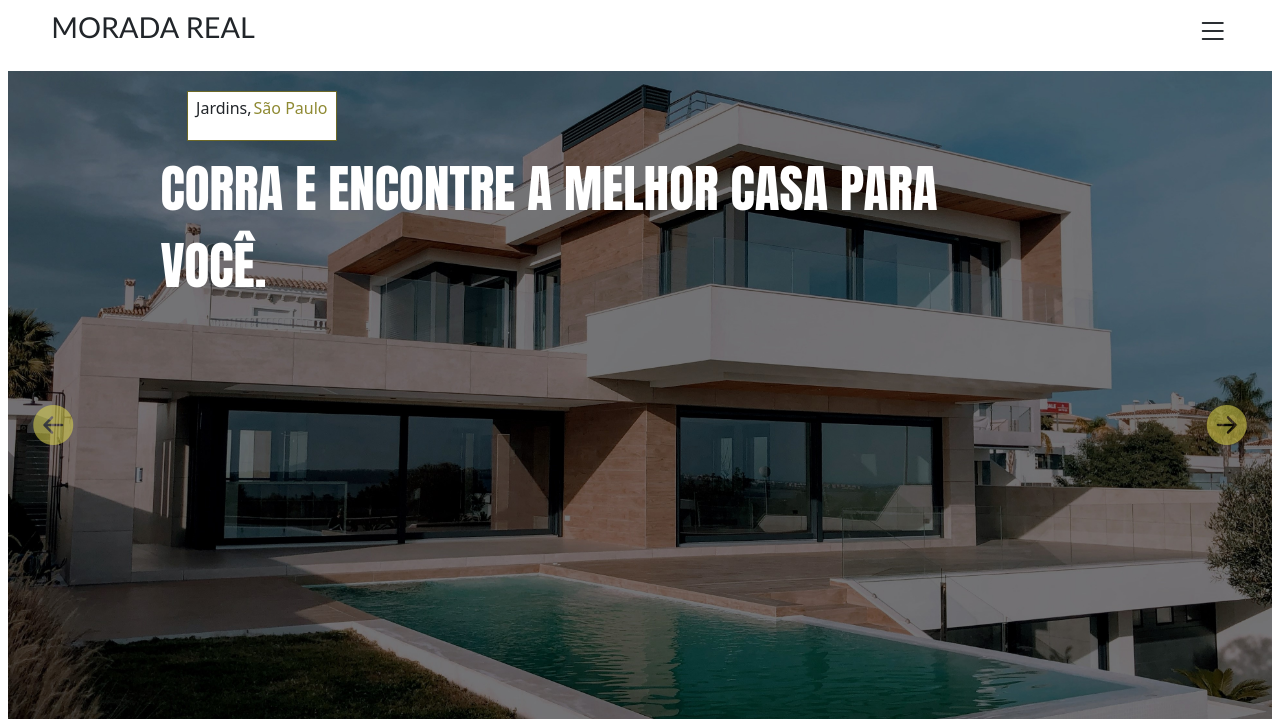
Repository: Mattyns/moradareal
Page: index.html
The author's editor kept a copy of each file at every save. The page is drawn from the files as they stood at one save, then again after the next save.
The browser window is 1280 px wide. The pictures show the whole page.

Above is the page before, as saved 2025-07-12 15:39:02.

After the next save:
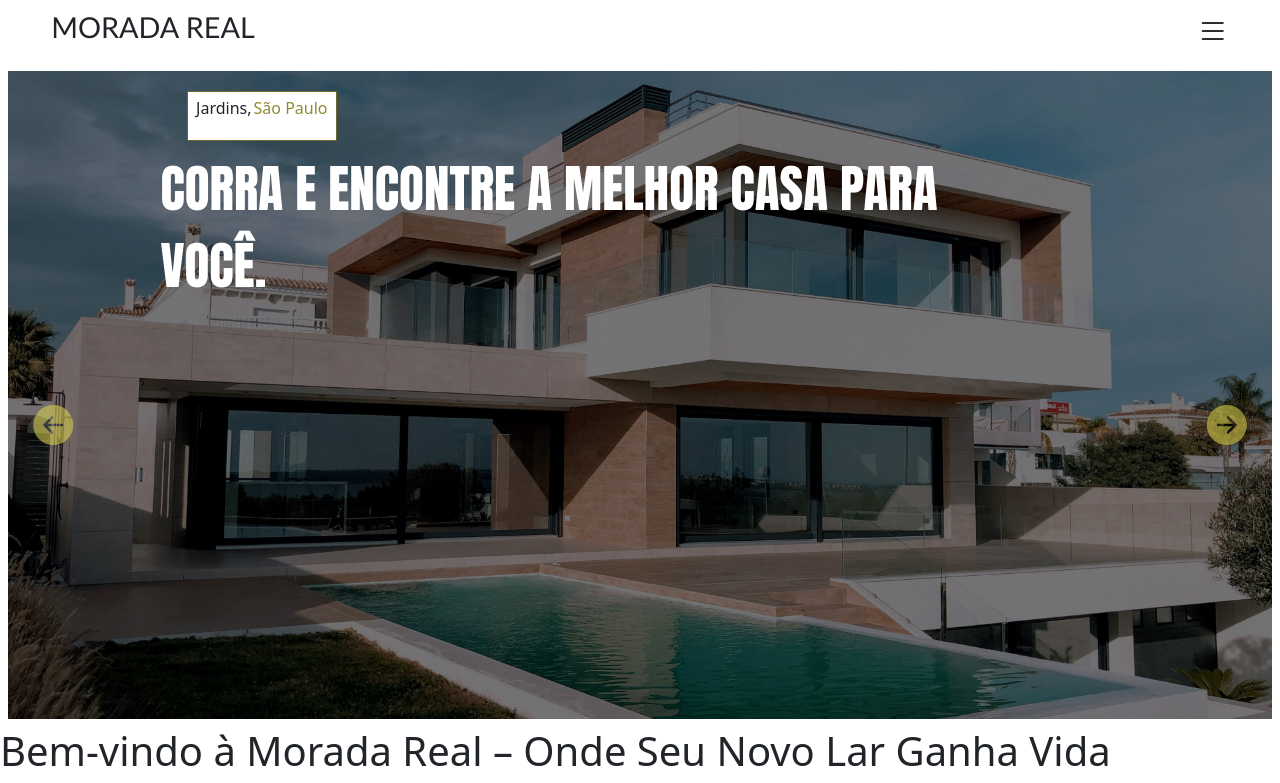
Saved 9 s later.
--- a/index.html
+++ b/index.html
@@ -56,7 +56,7 @@
 
             </section>
             <section class="present">
-                <h1 class="present__title"></h1>
+                <h1 class="present__title">Bem-vindo à Morada Real – Onde Seu Novo Lar Ganha Vida</h1>
             </section>
 
 
